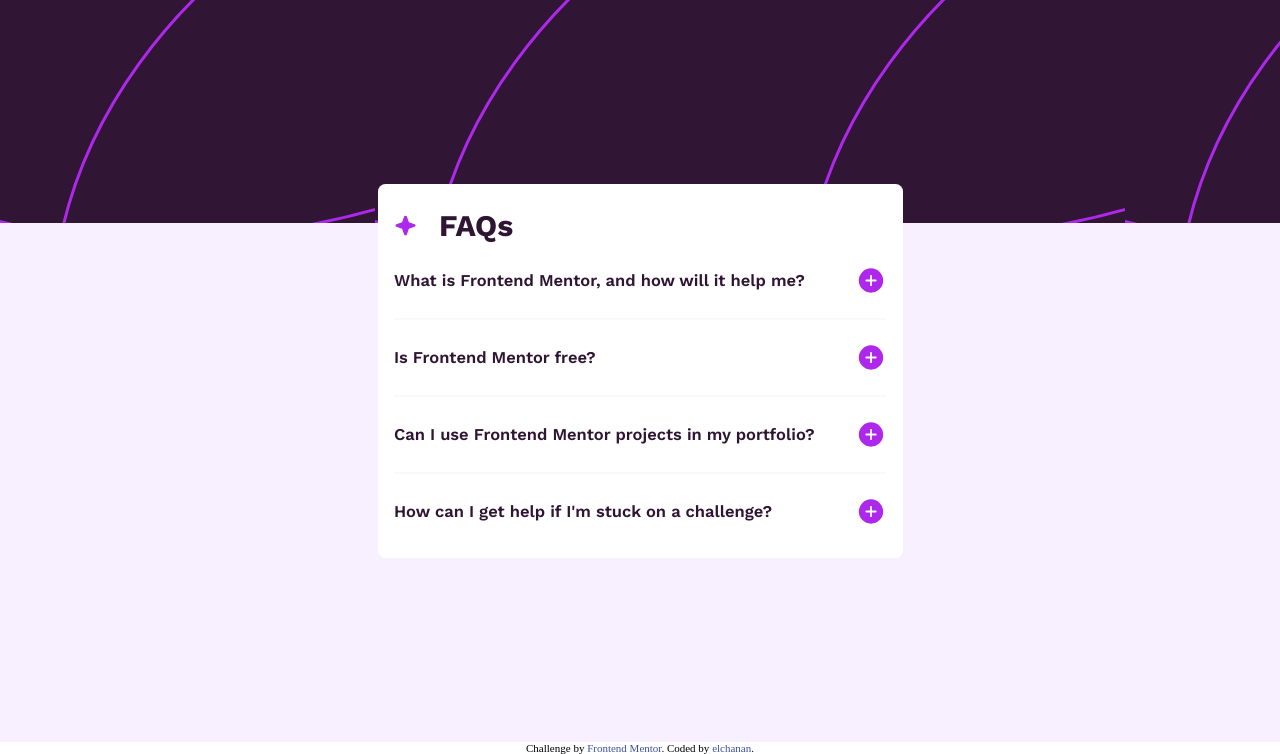
Repository: elchananChen/frontend-mentor-projects
Page: 2024/10/faQs/index.html
These files come from the project's save history. The page is drawn as it stood at one moment and after the next save; the edit follows.
The browser window is 1280 px wide. The pictures show the whole page.

Above is the page before, as saved 2024-10-15 23:58:23.

After the next save:
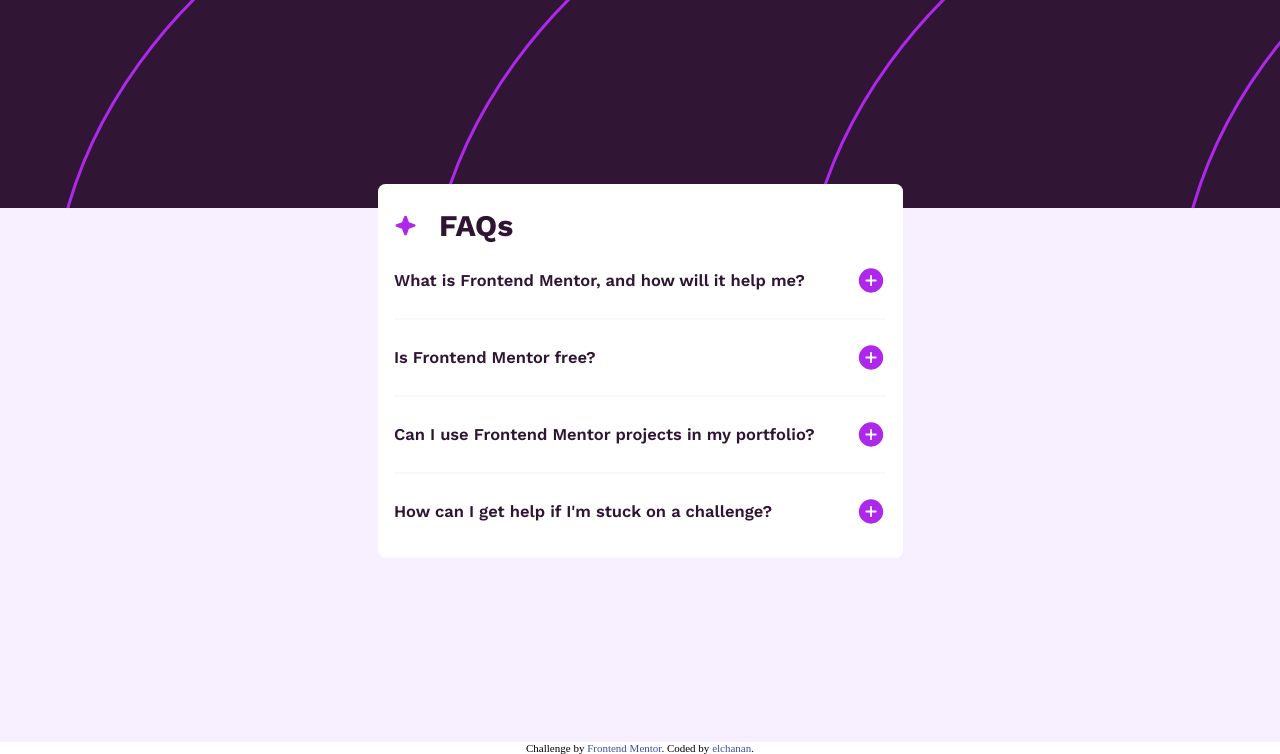
Saved 113 s later.
--- a/2024/10/faQs/style.css
+++ b/2024/10/faQs/style.css
@@ -25,7 +25,7 @@
   width: 100%;
   padding: 1rem;
   padding-block: 12.25rem;
-  background: linear-gradient(180deg, transparent 30%, hsl(275, 100%, 97%) 25%),
+  background: linear-gradient(180deg, transparent 28%, hsl(275, 100%, 97%) 25%),
     url("./assets/images/background-pattern-mobile.svg");
 }
 .card {
